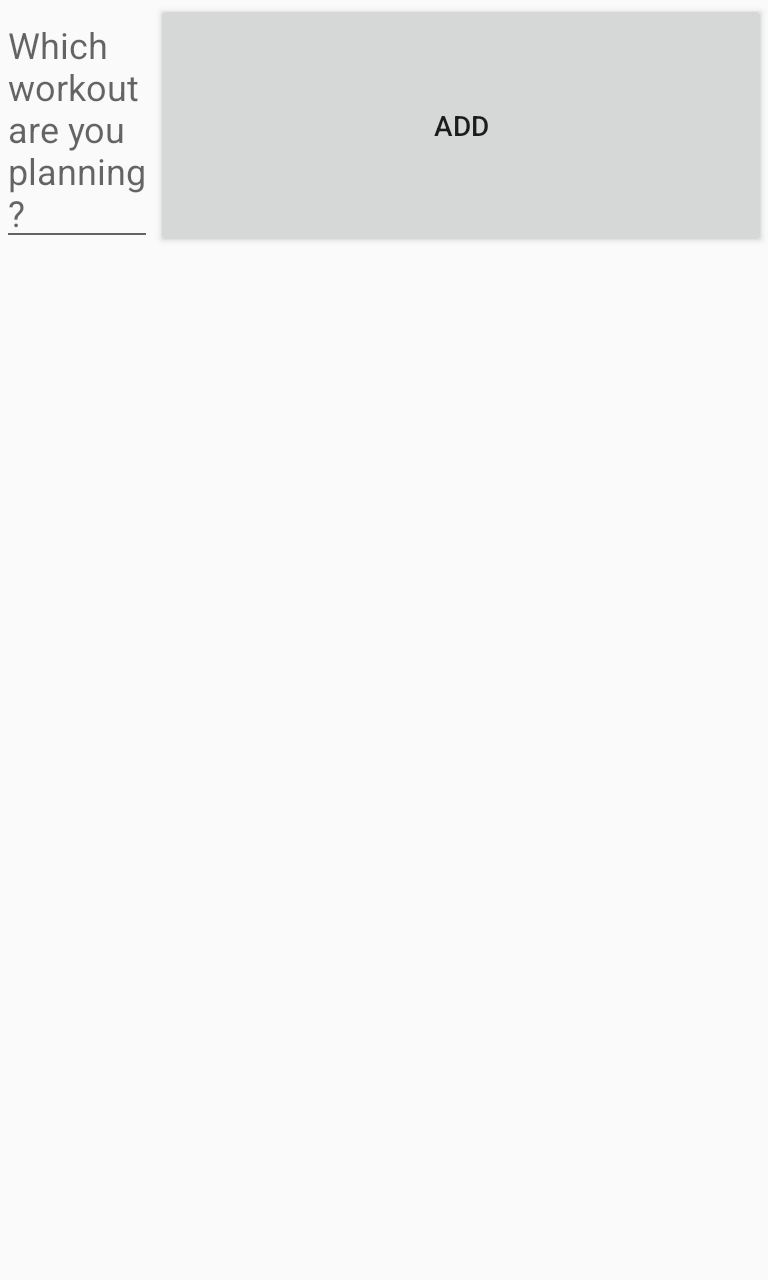
Repository: apoorvelec/AndroidApps
Layout: Gymdroid/res/layout/activity_monday.xml
The author's editor kept a copy of each file at every save. The layout is drawn from the files as they stood at one save, then again after the next save.
It is drawn on a 768 x 1280 px phone screen (xhdpi) without system bars, with theme AppTheme; the app's code is not run.

Above is the layout before, as saved 2016-07-16 23:50:06.

After the next save:
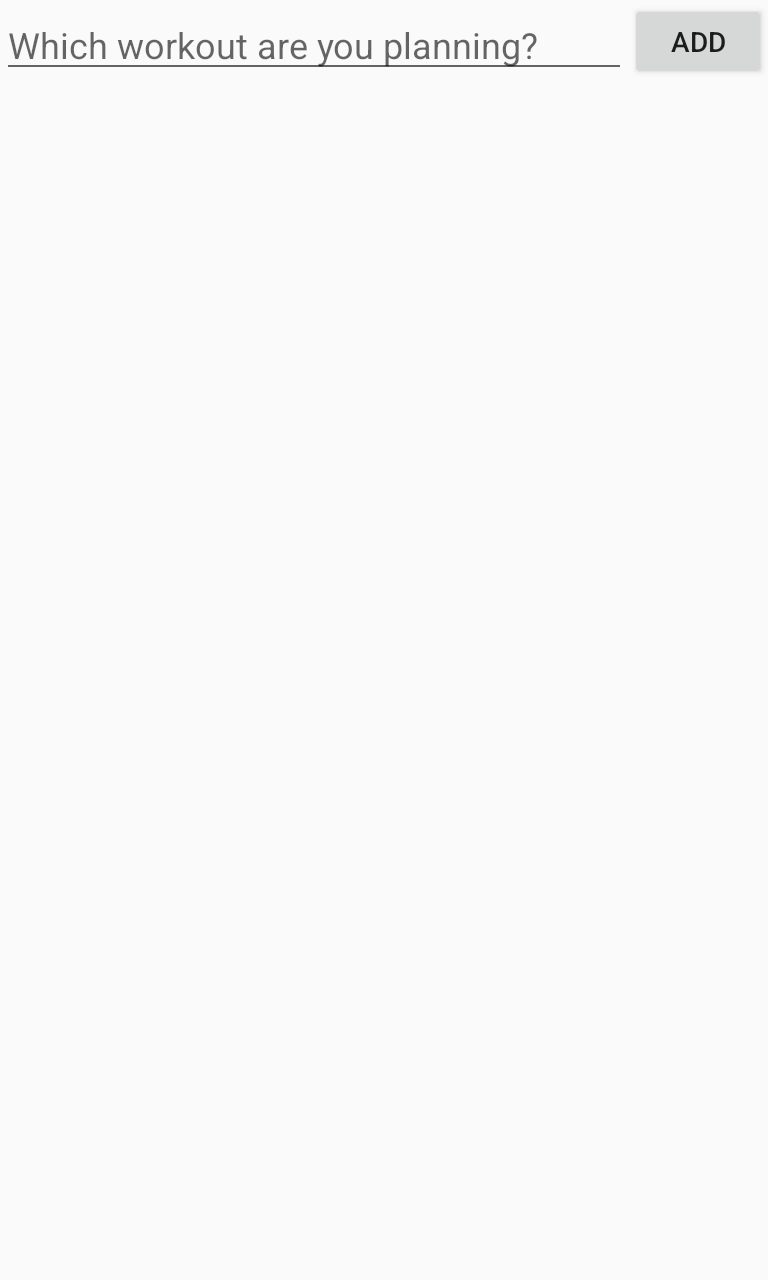
Saved 88 s later.
--- a/Gymdroid/res/layout/activity_monday.xml
+++ b/Gymdroid/res/layout/activity_monday.xml
@@ -12,14 +12,14 @@
     	<EditText
         	android:id="@+id/monday_workout_suggestion"
         	android:layout_width="fill_parent"
-        	android:layout_height="fill_parent"
+        	android:layout_height="wrap_content"
         	android:layout_weight="8"
         	android:focusable="true"
         	android:hint="@string/workout_suggestion_hint" />
     	<Button
     	    android:id="@+id/monday_workout_suggestion_btn"
     	    android:layout_height="fill_parent"
-    	    android:layout_width="fill_parent"
+    	    android:layout_width="wrap_content"
     	    android:layout_weight="2"
     	    android:text="add"
     	    />
